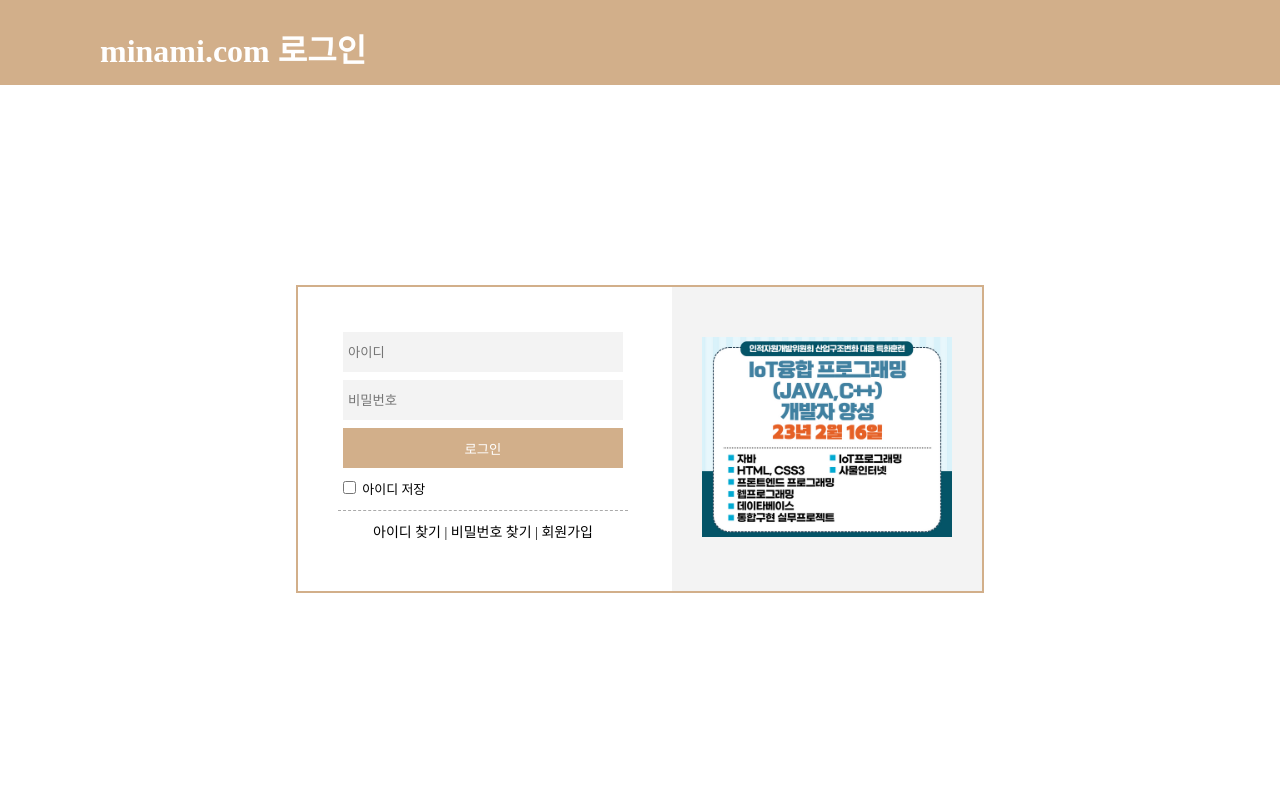
Repository: Minami0717/JSP_Study
Page: http://localhost/JSP_Gall/jsp/loginForm.jsp
The author's editor kept a copy of each file at every save. The page is drawn from the files as they stood at one save, then again after the next save.
The browser window is 1280 px wide. The pictures show the whole page.
The page is served by Tomcat 9.

Above is the page before, as saved 2023-02-15 07:06:25.

After the next save:
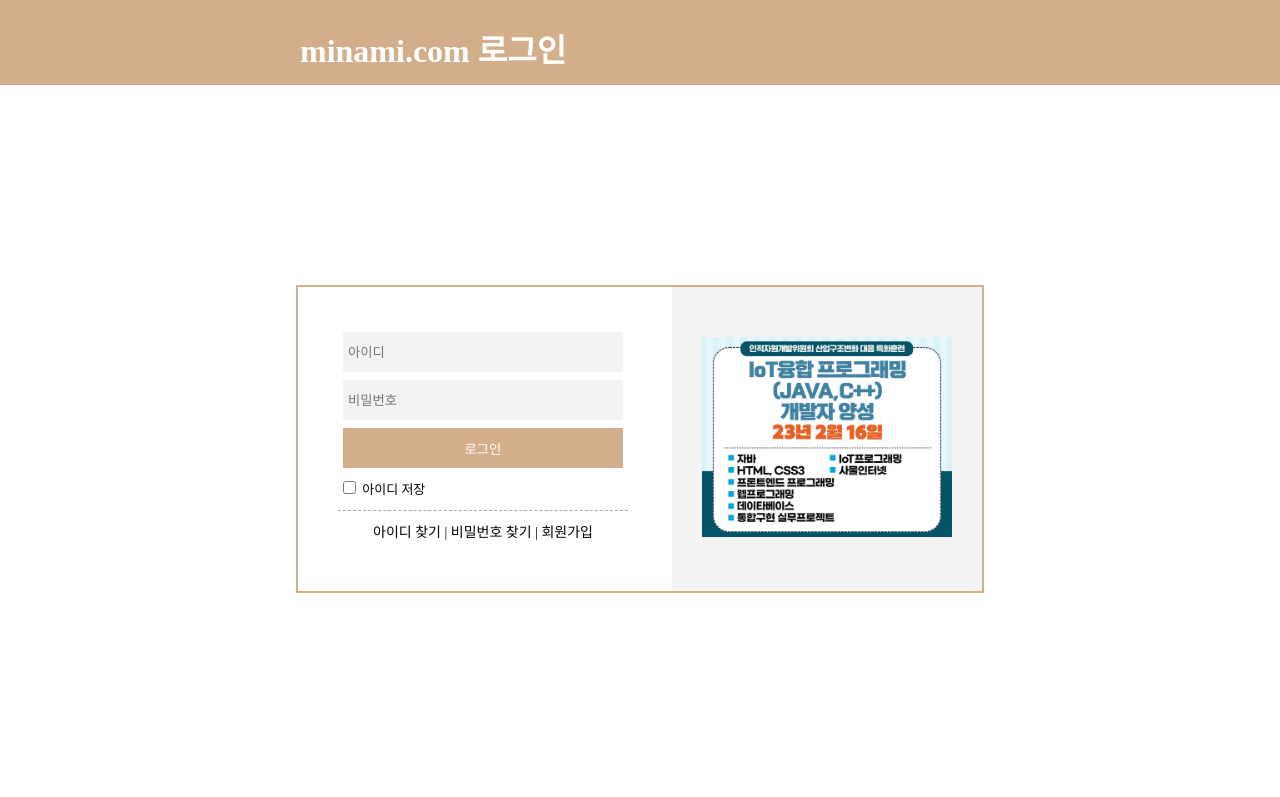
Saved 39 s later.
--- a/JSP_Gall/src/main/webapp/jsp/loginForm.jsp
+++ b/JSP_Gall/src/main/webapp/jsp/loginForm.jsp
@@ -13,7 +13,7 @@
 	header {background: #d2af8a; height: 85px;}
 	header a {color: white;}
 	header a:hover {text-decoration: none;}
-	h1 {position: absolute; top: 25px; left: 100px; width: 500px;}
+	h1 {position: absolute; top: 25px; left: 300px; width: 500px;}
 	div[align=center] {display: inline-block; border: 2px solid #d2af8a; margin: 200px auto; font-size: 13px; width: 684px;}
 	div[align=center] > div {float: right; background: #f3f3f3; padding: 50px 30px;}
 	form {float: left; padding: 40px;}
